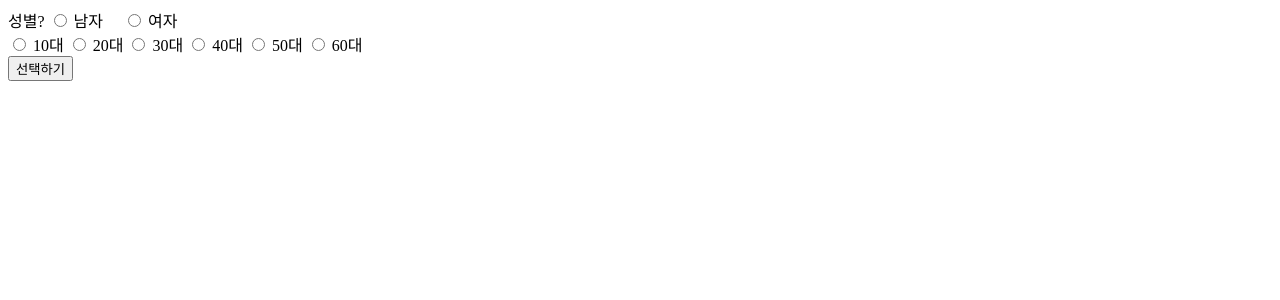
Repository: wooyeonhui/SmartContents
Page: http://localhost/MyHome4/radio/radioSend.jsp
These files come from the project's save history. The page is drawn as it stood at one moment and after the next save; the edit follows.
The browser window is 1280 px wide. The pictures show the whole page.
The page is served by Tomcat 9.

Above is the page before, as saved 2017-01-13 05:32:40.

After the next save:
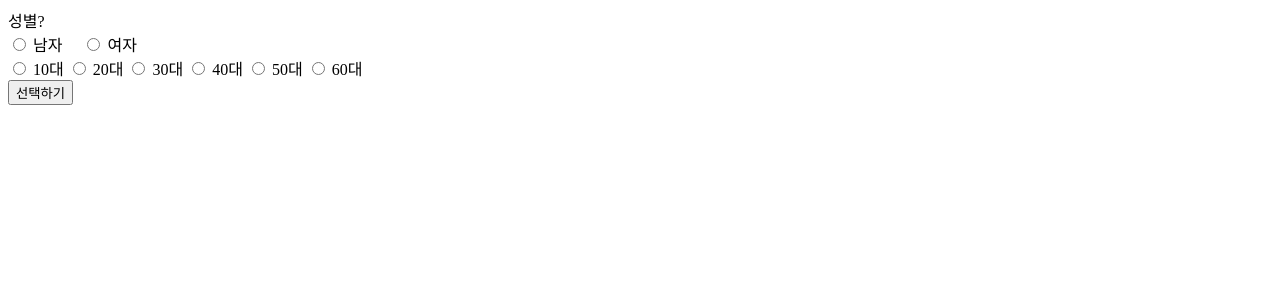
Saved 50 s later.
--- a/Java/workspace_20170111/MyHome4/radio/radioSend.jsp
+++ b/Java/workspace_20170111/MyHome4/radio/radioSend.jsp
@@ -8,7 +8,7 @@
 </head>
 <body>
 <form name="form" action="radioReceive.jsp">
- <span>성별? </span>
+ <span>성별? </span><br>
  <input type="radio" name="gender" value="M">
   남자 &nbsp;&nbsp;&nbsp;
   <input type="radio" name="gender" value="W">
